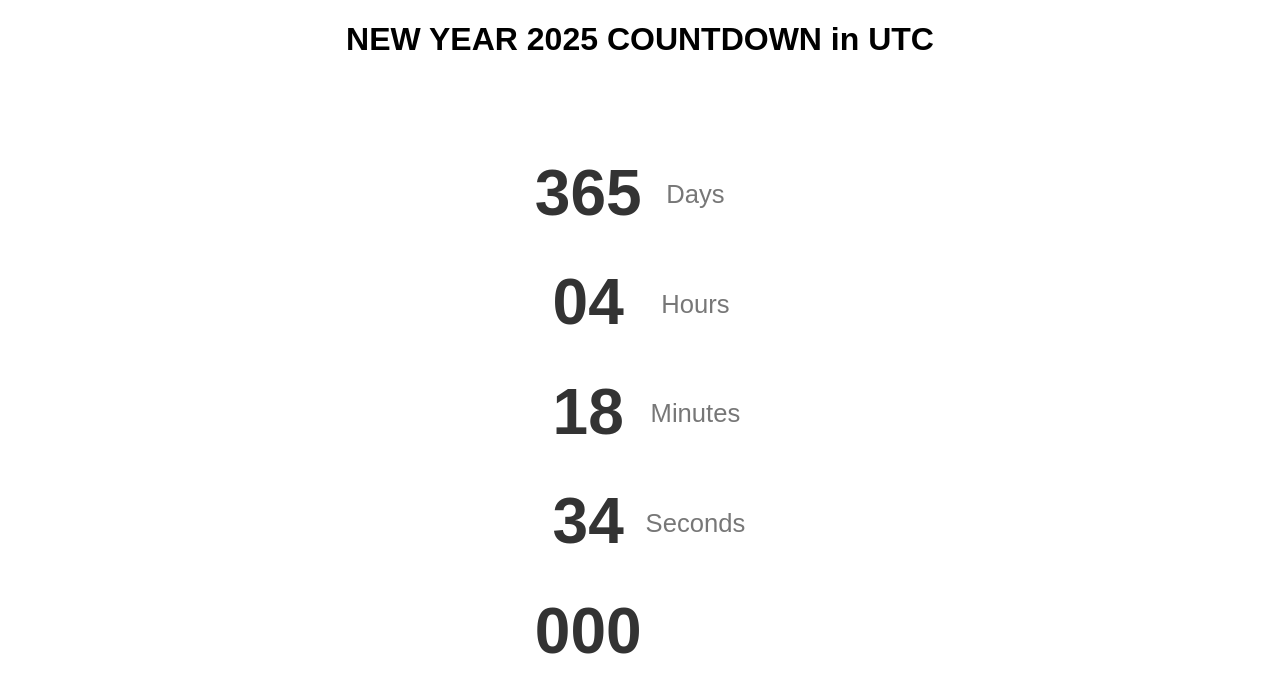
Repository: end888160/end888160.github.io
Page: countdown_mobile.html
An editor plug-in stored every save of this project. The page is shown before and after the next save, followed by the edit.
The browser window is 1280 px wide. The pictures show the whole page.

Above is the page before, as saved 2024-09-21 19:35:29.

### countdown_mobile.html
<!DOCTYPE html>
<html lang="en">
<head>
	<meta charset="UTF-8">
	<meta name="viewport" content="width=device-width, initial-scale=1.0">
	<meta name="description" content="Let's celebrate the New Year!">
	<title>Countdown</title>
	<style>
	#countdown {
		display: flex;
		justify-content: center;
		align-items: center;
		font-family: Arial, Helvetica, sans-serif;
		font-size: xx-large;
		margin-top: 5%;
		color: #333;
	}

	.countdown-item {
		margin: 0 10px;
		text-align: center;

	}

	.countdown-value {
		font-size: 2em;
		font-weight: bold;
	}

	.countdown-label {
		font-size: 0.8em;
		color: #777;
	}
	td {
		padding-top:15%;
	}
	h1 {
		text-align: center;
		font-family: Arial, Helvetica, sans-serif;
		font-size: xx-large;
	}
	@media (prefers-color-scheme: light) {
		html {
			background-color: white;
			color: black;
		}
	}
	@media (prefers-color-scheme: dark) {
		.countdown-item {
			color: #bbb
		}
			html {
			background-color: black;
			color: white;
		}
	}
	</style>
</head>
<body>
	<h1 id="header"></h1>
	<div id="countdown">
	<table class="countdown-item">
	<tr>
		<td><span class="countdown-value" id="days"></span></td>
		<td><span class="countdown-label">Days</span></td>
	</tr>
	<tr>
		<td><span class="countdown-value" id="hours"></span></td>
		<td><span class="countdown-label">Hours</span></td>
	</tr>
	<tr>
		<td><span class="countdown-value" id="minutes"></span></td>
		<td><span class="countdown-label">Minutes</span></td>
	</tr>
	<tr>
		<td><span class="countdown-value" id="seconds"></span></td>
		<td><span class="countdown-label">Seconds</span></td>
	</tr>
	<tr>
		<td><span class="countdown-value" id="mseconds"></span><span class="countdown-label"></span></td>
	</tr>
</table>

	<script>

// Update the count down every 1 second]

var countDownTarget = new Date().getFullYear() + 1;

function countdown() {

	// Set the date we're counting down to
	var countDownDate = new Date("Jan 1, " + countDownTarget + " 00:00:00").getTime();
	var currentTimeZone = Intl.DateTimeFormat().resolvedOptions().timeZone

	// Get today's date and time
	var now = new Date().getTime();

	// Find the distance between now and the count down date
	var distance = countDownDate - now;

	// Time calculations for days, hours, minutes and seconds
	var days = Math.floor(distance / (1000 * 60 * 60 * 24));
	var hours = Math.floor((distance % (1000 * 60 * 60 * 24)) / (1000 * 60 * 60));
	const hour = hours < 10 ? "0" + hours : hours;
	var minutes = Math.floor((distance % (1000 * 60 * 60)) / (1000 * 60));
	const minute = minutes < 10 ? "0" + minutes : minutes;
	var seconds = Math.floor((distance % (1000 * 60)) / 1000);
	const second = seconds < 10 ? "0" + seconds : seconds;
	var mseconds = Math.floor(distance % 1000);
	const msecond = mseconds < 10 ? "0" + "0" + mseconds : mseconds < 100 ? "0" + mseconds : mseconds;

	// Display the result in the element with id="countdown"
	document.getElementById("days").innerHTML = days;
	document.getElementById("hours").innerHTML = hour;
	document.getElementById("minutes").innerHTML = minute;
	document.getElementById("seconds").innerHTML = second;
	document.getElementById("mseconds").innerHTML = msecond;
	if ( currentTimeZone === "undefined" ) {
		document.getElementById("header").innerHTML = "NEW YEAR " + countDownTarget + " COUNTDOWN"
	} else {
		document.getElementById("header").innerHTML = "NEW YEAR " + countDownTarget + " COUNTDOWN in " + currentTimeZone;
	}


	// If the count down is finished, write some text
	if (distance < 0) {
		clearInterval(x);
		document.getElementById("countdown").innerHTML = "HAPPY NEW YEAR!";
	}
	setTimeout(countdown, 1);
}
document.title = "Countdown to " + countDownTarget;
countdown()
	</script>
</body>
</html>

After the next save:
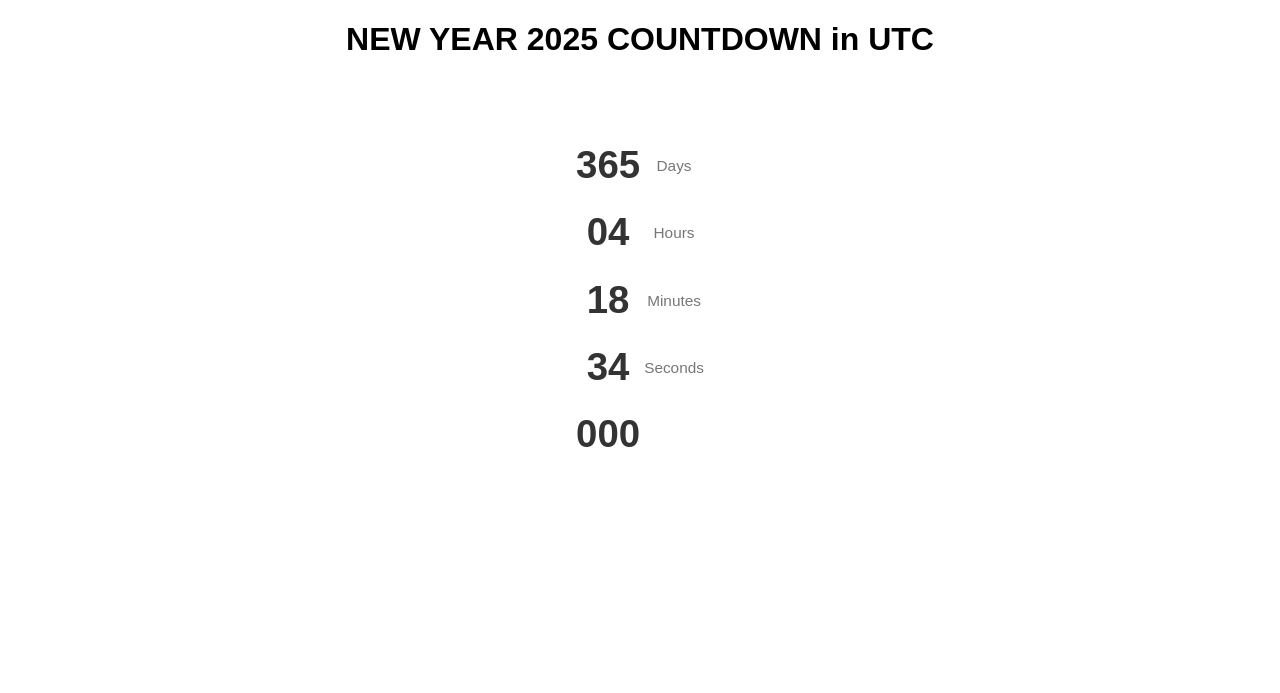
Saved 40 s later.
--- a/countdown_mobile.html
+++ b/countdown_mobile.html
@@ -11,7 +11,7 @@
 		justify-content: center;
 		align-items: center;
 		font-family: Arial, Helvetica, sans-serif;
-		font-size: xx-large;
+		font-size: larger;
 		margin-top: 5%;
 		color: #333;
 	}
